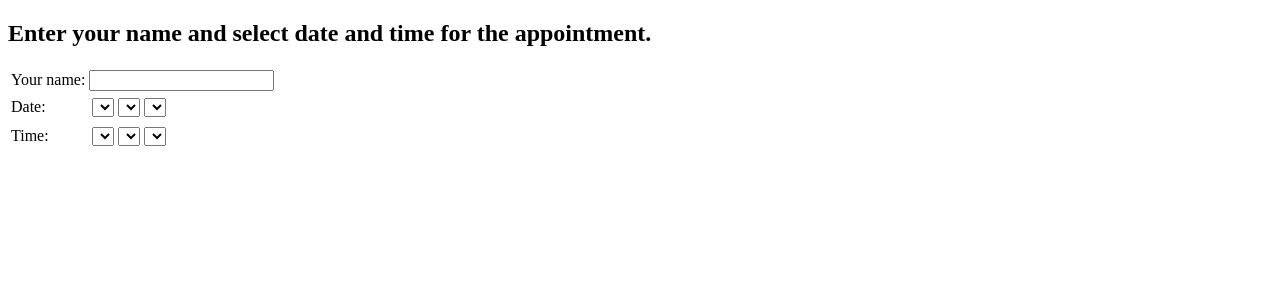
Repository: haitranduc4270/Book_store
Page: http://localhost/P3_Lab05_framework/Lab hằng tuần/Lab2.2/Exercise_DateTime/DateTime.php
The author's editor kept a copy of each file at every save. The page is drawn from the files as they stood at one save, then again after the next save.
The browser window is 1280 px wide. The pictures show the whole page.
The page is run by PHP 8.4 with error messages shown; the project is at /var/www/html/.

Above is the page before, as saved 2022-04-25 07:49:46.

After the next save:
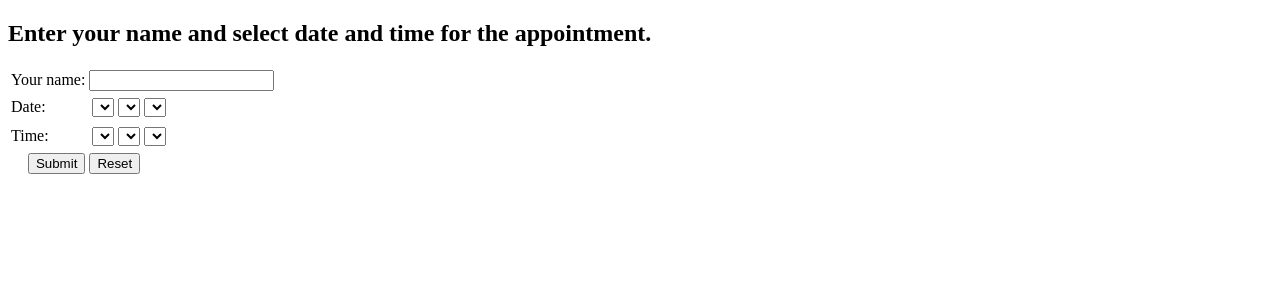
Saved 2 min 8 s later.
--- a/Lab hằng tuần/Lab2.2/Exercise_DateTime/DateTime.php
+++ b/Lab hằng tuần/Lab2.2/Exercise_DateTime/DateTime.php
@@ -42,6 +42,8 @@
                 </td>
             </tr>
             <tr>
+                <td align="right"><input type="submit" value="Submit"></td>
+                <td align="left"><input type="reset" value="Reset"></td>
             </tr>
         </table>
     </form>
